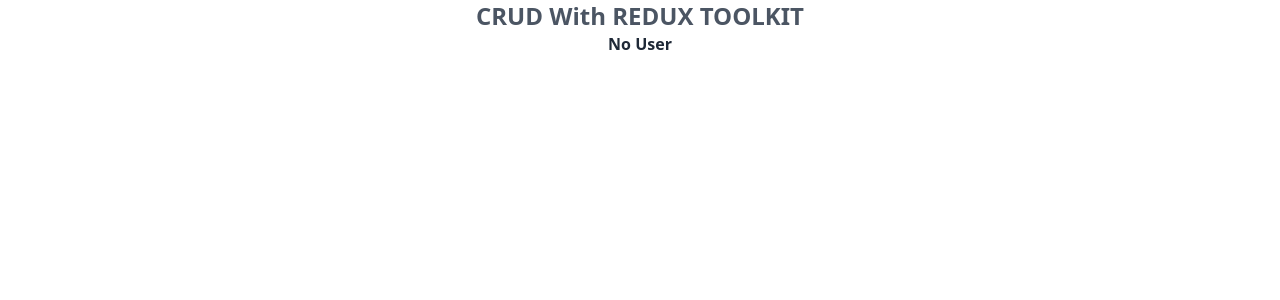
Repository: OmniaRafat232111121/Crud-reduxtoolkit
Page: /
These files come from the project's save history. The page is drawn as it stood at one moment and after the next save; the edit follows.
The browser window is 1280 px wide. The pictures show the whole page.
The project was rebuilt for these pictures with package versions that can differ from the ones it lists, and the page was loaded fresh each time.

Above is the page before, as saved 2023-02-10 13:59:50.

### src/App.js
import React from 'react'
import UserList from './features/users/UserList'

const App = () => {
  return (
    <div className='container mx-auto'>
    <h1 className='text-center font-bold text-2xl text-gray-600'>CRUD With REDUX TOOLKIT</h1>
          <UserList />
    </div>
  )
}

export default App

### src/features/users/UserList.jsx
import React from 'react'

const UserList = () => {
    const users = [];
    const renderUser = () => {
        <div>
            <h1>Users Here</h1>
        </div>
    }
  return (
      <div className='grid gap-5 md:grid-col-2'>
          {users.length > 1 ? renderUser() :
              <p className='text-center text-gray-800 font-semibold'>
                  No User

              </p>
          }

    </div>
  )
}

export default UserList

Loaded but not shown: public/index.html (common file); src/index.js (common file); src/index.css (common file); tailwind.config.js (common file)

After the next save:
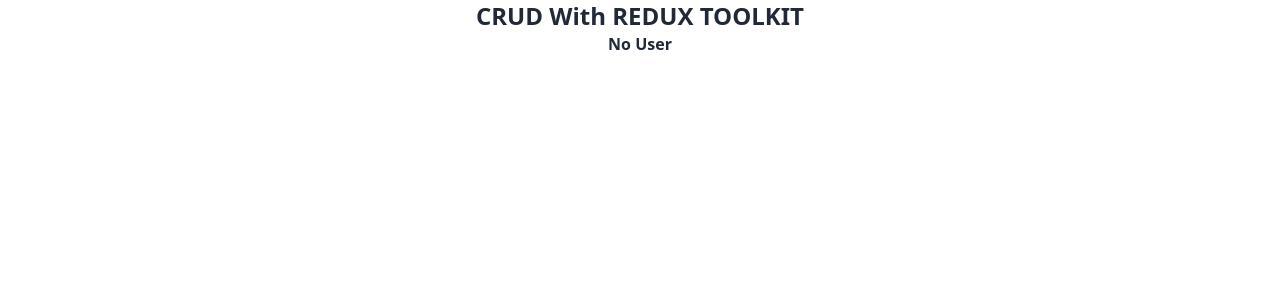
Saved 9 s later.
--- a/src/App.js
+++ b/src/App.js
@@ -4,7 +4,7 @@
 const App = () => {
   return (
     <div className='container mx-auto'>
-    <h1 className='text-center font-bold text-2xl text-gray-600'>CRUD With REDUX TOOLKIT</h1>
+    <h1 className='text-center font-bold text-2xl text-gray-800'>CRUD With REDUX TOOLKIT</h1>
           <UserList />
     </div>
   )
